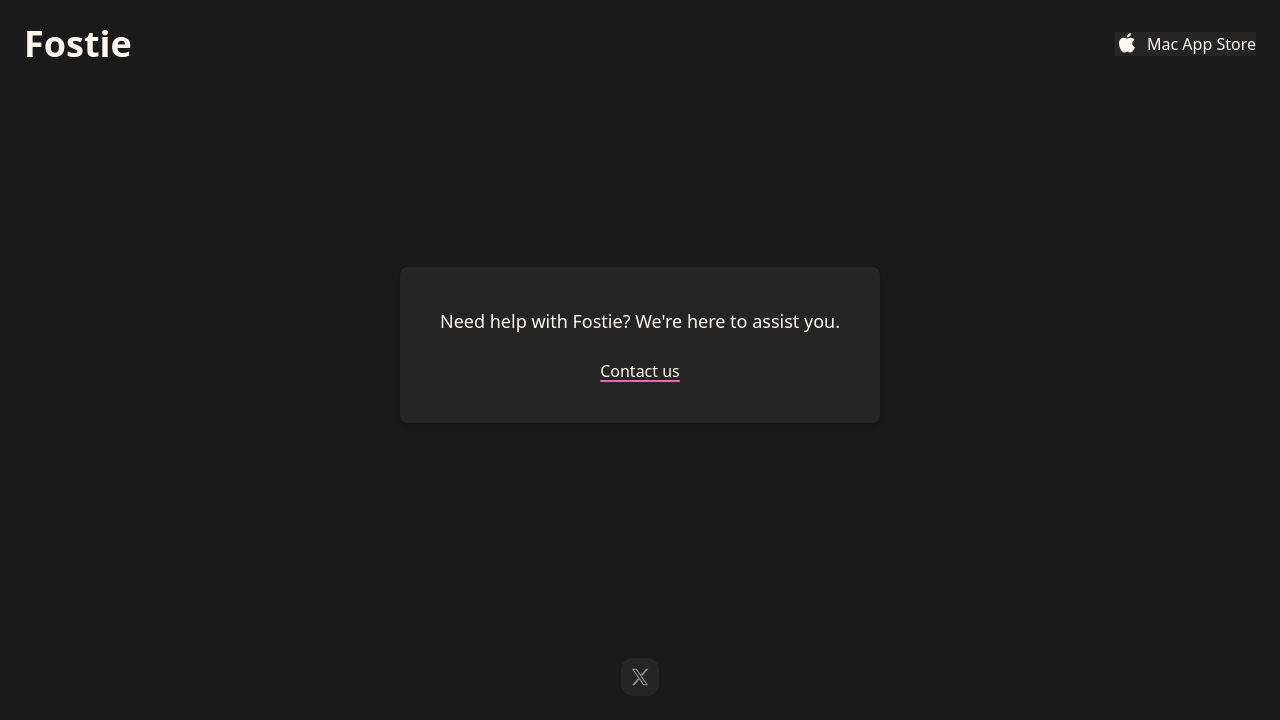
Repository: atimael/fostie-web
Page: /
These files come from the project's save history. The page is drawn as it stood at one moment and after the next save; the edit follows.
The browser window is 1280 px wide. The pictures show the whole page.
The project was rebuilt for these pictures with package versions that can differ from the ones it lists, and the page was loaded fresh each time. The framework's server and built-in components were replaced by stand-ins that run in the browser. Also part of the build but not shown: next.config.js.

Above is the page before, as saved 2025-05-27 20:47:00.

### app/layout.tsx
import type { Metadata } from "next";
import type { ReactNode } from "react";
import "./globals.css";

export const metadata: Metadata = {
  title: "Fostie - macOS App",
  description: "Official website for Fostie macOS application",
  keywords: "Fostie, macOS, app, application",
  authors: [{ name: "Fostie Team" }],
};

export const viewport = {
  width: "device-width",
  initialScale: 1,
};

export default function RootLayout({ children }: { children: ReactNode }) {
  return (
    <html lang="en" className="dark">
      <body className="antialiased">{children}</body>
    </html>
  );
}

### app/page.tsx
import Footer from "@/components/footer";
import Header from "@/components/header";
import Main from "@/components/main";

export default function Home() {
  return (
    <main className="min-h-screen bg-custom-dark flex flex-col text-orange-50">
      <Header />

      <Main />

      <Footer />
    </main>
  );
}

### app/globals.css
@import "tailwindcss";

@custom-variant dark (&:where(.dark, .dark *));

@theme {
  /* Enable dark mode based on system preference */
  --default-color-scheme: light dark;

  /* Custom dark background color */
  --color-custom-dark: #1a1a1a;

  /* Custom font family */
  --font-family-sans: ui-sans-serif, system-ui, sans-serif, "Apple Color Emoji",
    "Segoe UI Emoji", "Segoe UI Symbol", "Noto Color Emoji";
}

### components/footer.tsx
export default function Footer() {
  const currentYear = new Date().getFullYear();

  return (
    <footer className="py-6 px-6 flex items-center justify-center">
      <div className="flex items-center justify-between">
        <a
          className="group inline-flex items-center outline-none transition duration-300 focus:ring-2 focus:ring-pink-300 bg-orange-50/5 hover:bg-orange-50/5 rounded-xl p-2 text-orange-50 hover:text-orange-50"
          href="https://twitter.com/henrikruscon"
          rel="noopener noreferrer"
          target="_blank"
          aria-label="X (Twitter)"
        >
          <svg
            className="size-[22px] origin-center fill-current transition duration-300 ease-out group-hover:scale-105 opacity-50 group-hover:opacity-100"
            xmlns="http://www.w3.org/2000/svg"
            viewBox="0 0 24 24"
            aria-hidden="true"
          >
            <path d="M21.2391 3H18.6854L12.9921 9.61784L14.1261 11.2682L21.2391 3Z"></path>
            <path d="M11.2104 14.6575L10.0764 13.0071L3.2002 21H5.75403L11.2104 14.6575Z"></path>
            <path d="M8.44486 3H3.2002L15.5685 21H20.8131L8.44486 3ZM5.31391 4.16971H7.70053L18.6861 19.8835H16.2995L5.31391 4.16971Z"></path>
          </svg>
        </a>
      </div>
    </footer>
  );
}

### components/header.tsx
export default function Header() {
  return (
    <header className="justify-between flex items-center  py-6 px-6">
      <div>
        {/* <Image src="/logo.png" alt="Fostie" width={100} height={100} /> */}
        <h1 className="text-4xl font-bold text-center">Fostie</h1>
      </div>

      <div className="flex items-center gap-4">
        <div className="flex items-center gap-2 hover:cursor-pointer bg-orange-50/5">
          <div>
            <svg
              className="h-6 w-6 fill-current"
              xmlns="http://www.w3.org/2000/svg"
              viewBox="0 0 24 24"
              aria-hidden="true"
            >
              <path d="M19.37 7.648c-.114.088-2.11 1.213-2.11 3.715 0 2.894 2.54 3.918 2.616 3.944-.011.062-.403 1.402-1.34 2.767-.834 1.201-1.706 2.4-3.032 2.4s-1.667-.77-3.198-.77c-1.492 0-2.022.796-3.235.796-1.214 0-2.06-1.112-3.033-2.477C4.911 16.42 4 13.93 4 11.566c0-3.791 2.465-5.802 4.891-5.802 1.29 0 2.364.847 3.173.847.77 0 1.972-.897 3.438-.897.556 0 2.553.05 3.867 1.934Zm-4.564-3.54c.607-.719 1.036-1.718 1.036-2.716 0-.138-.012-.279-.037-.392-.987.037-2.161.657-2.87 1.478-.555.632-1.074 1.63-1.074 2.643 0 .152.026.304.037.353.063.011.164.025.266.025.885 0 1.998-.593 2.642-1.39Z"></path>
            </svg>
          </div>
          <span>Mac App Store</span>
        </div>
      </div>
    </header>
  );
}

### components/main.tsx
export default function Main() {
  return (
    <div className="flex-1 flex items-center justify-center px-6 py-12">
      <div className="max-w-2xl mx-auto text-center">
        <div className=" bg-orange-50/5 rounded-lg shadow-md p-10 mb-8">
          <p className="text-lg mb-6">
            Need help with Fostie? We're here to assist you.
          </p>

          <div className="space-y-4">
            <a
              href="mailto:hello@fostie.com"
              className="relative whitespace-nowrap
                font-medium outline-none
                transition duration-200 after:pointer-events-none
                after:absolute after:bottom-0 after:left-0 after:right-0 after:h-0.5 after:rounded-[0.125rem]
                 after:bg-pink-400 after:transition after:duration-200 after:content-[''] hover:text-pink-400 hover:after:translate-y-px"
            >
              Contact us
            </a>
          </div>
        </div>
      </div>
    </div>
  );
}

After the next save:
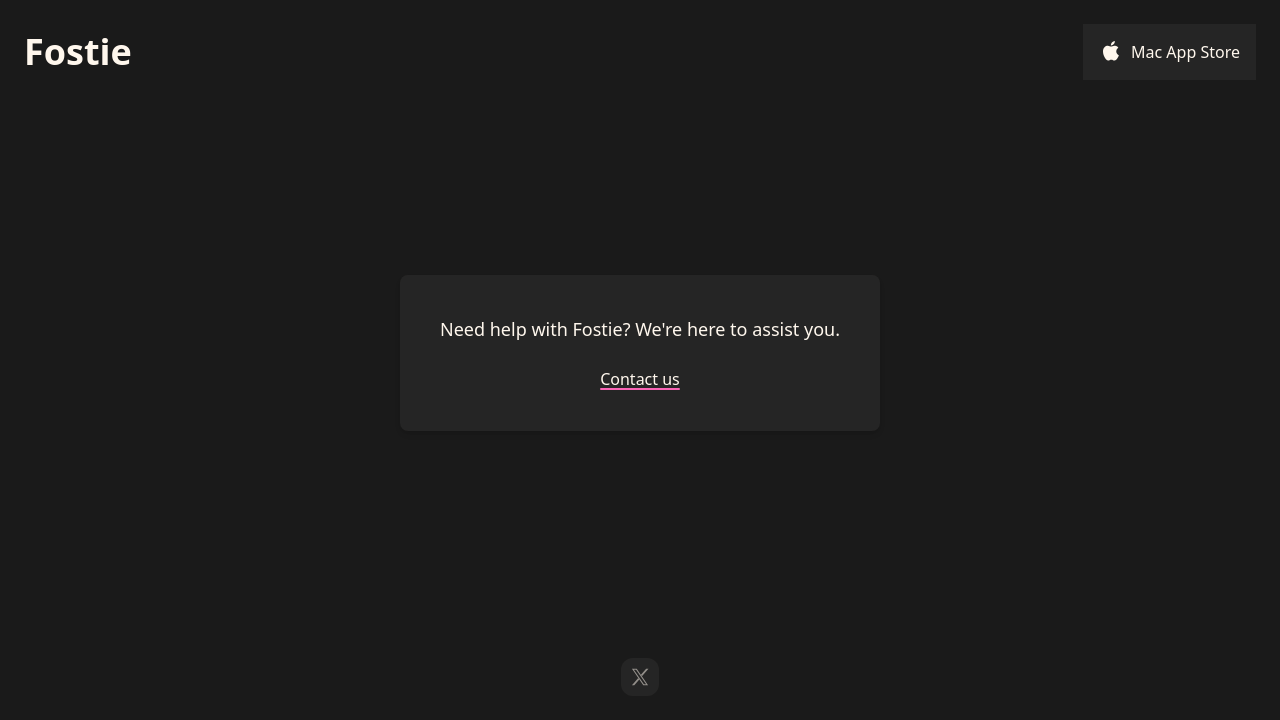
Saved 14 s later.
--- a/components/header.tsx
+++ b/components/header.tsx
@@ -7,7 +7,7 @@
       </div>
 
       <div className="flex items-center gap-4">
-        <div className="flex items-center gap-2 hover:cursor-pointer bg-orange-50/5">
+        <div className="flex items-center gap-2 hover:cursor-pointer bg-orange-50/5 p-4">
           <div>
             <svg
               className="h-6 w-6 fill-current"
